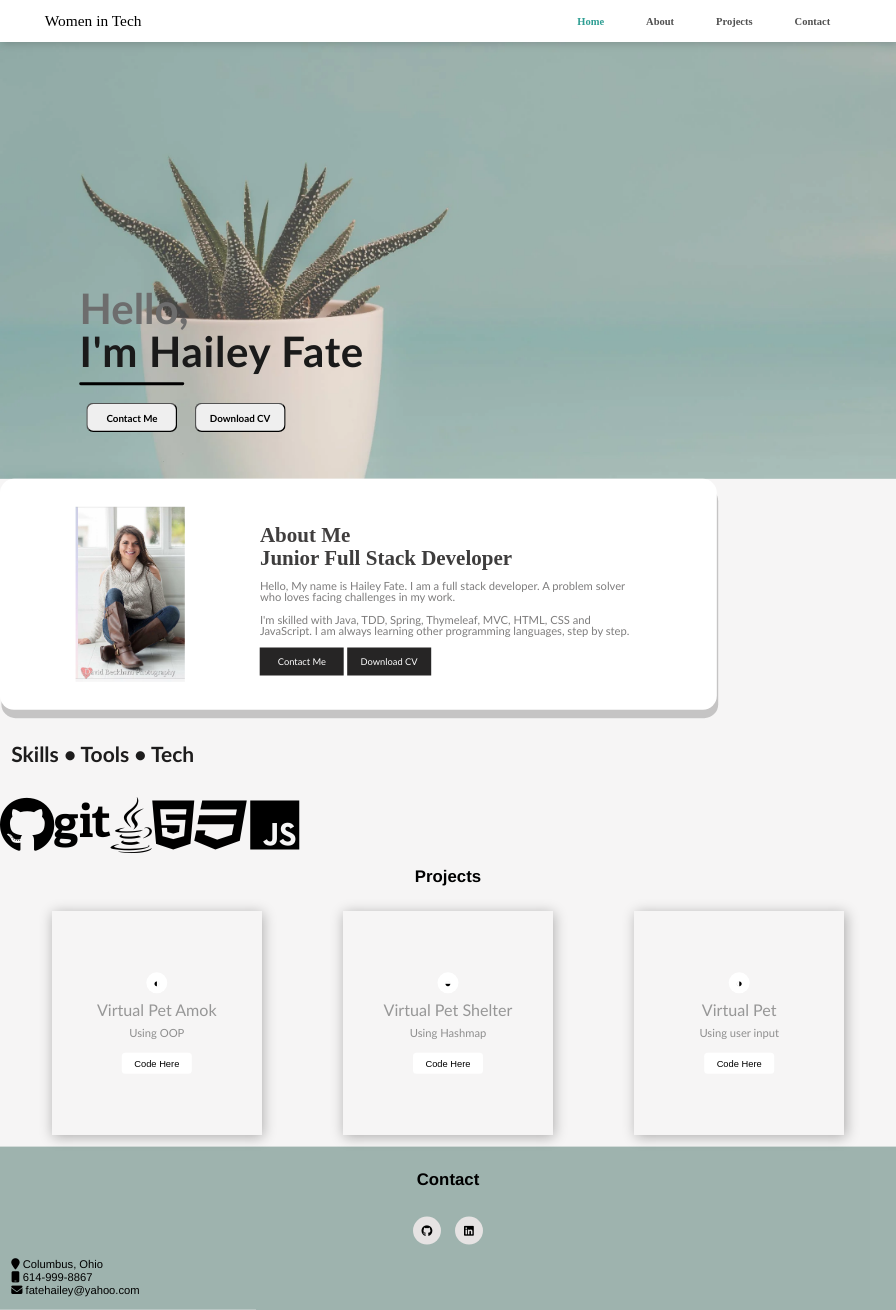
Repository: fatehailey/fatehailey.github.io
Page: index.html
An editor plug-in stored every save of this project. The page is shown before and after the next save, followed by the edit.
The browser window is 1280 px wide. The pictures show the whole page, at 70% of full size.
Some web libraries are served in a nearby version.

Above is the page before, as saved 2022-07-25 15:23:45.

### index.html
<!DOCTYPE html>
<html lang="en">

<head>
    <meta charset="UTF-8">
    <meta http-equiv="X-UA-Compatible" content="IE=edge">
    <meta name="viewport" content="width=device-width, initial-scale=1.0">
    <title>Professional Portfolio Website</title>
    <link rel="stylesheet" type="text/css" href="./style.css">
    <script src="https://kit.fontawesome.com/aba5373111.js" crossorigin="anonymous"></script>
</head>
<section>
    <!--------Navbar-->
    <nav>
        <header class="logo"> Women in Tech</header>
        <!--menu-->
        <ul>
            <li><a href="#" class="active">Home</a></li>
            <li><a href="#about">About</a></li>
            <li><a href="#projects">Projects</a></li>
            <li><a href="#contact-form">Contact</a></li>
        </ul>
    </nav>
    <!--text-->
    <div class="text-container">
        <p>Hello,</p>
        <p>I'm Hailey Fate</p>
        <p class="line"></p>
        <a href = "mailto: fatehailey@.com">
        <button id="contact-form">Contact Me</button></a>
        <a href="Resume -JAVA.pdf">
            <button>Download CV</button>
        </a>

    </div>
</section>
<div class="about-container">
    <!--img-->
    <img src="20638533_10207488042478732_6104525529025967976_n.jpg" />
    <!--about-me-text-->
    <div class="about-text">
        <p id="about">About Me</p>
        <p>Junior Full Stack Developer</p>
        <p>Hello, My name is Hailey Fate. I am a full stack developer. A problem solver who loves facing challenges in
            my work. </p>
        <p>I'm skilled with Java, TDD, Spring, Thymeleaf, MVC, HTML, CSS and JavaScript. I am always learning other
            programming languages, step by step.</p>
        <button id="contacts">Contact Me</button>
        <button onclick="Resume -JAVA.pdf">Download CV</button>
    </div>
</div>

<!--Project-->
<div class="skills">
    <!--text-->
    <div class="skills-text ">
        <p>Skills • Tools • Tech</p>
    </div>
    <div class="column">
        <i class="fa-brands fa-github"></i>
        <i class="fa-brands fa-git"></i>
        <i class="fa-brands fa-java"></i>
        <i class="fa-brands fa-html5"></i>
        <i class="fa-brands fa-css3"></i>
        <i class="fa-brands fa-js"></i>
    </div>
</div>
<h2 id="projects" style="text-align:center">Projects </h2>
<div class="box-container">
    <!--1------------->
    <div class="box-1">
        <span>◐</span>
        <p class="heading">Virtual Pet Amok</p>
        <p class="details">Using OOP</p>
        <a href="https://github.com/2022-April-Java-PT-Classroom/virtual-pet-amok-fatehailey">
            <button>Code Here</button>
        </a>
    </div>
    <!--2------------->
    <div class="box-2">
        <span>◒</span>
        <p class="heading">Virtual Pet Shelter</p>
        <p class="details">Using Hashmap</p>
        <a href="https://github.com/2022-April-Java-PT-Classroom/virtual-pet-shelter-fatehailey">
            <button>Code Here</button>
        </a>
    </div>
    <!--3------------->
    <div class="box-3">
        <span>◑</span>
        <p class="heading">Virtual Pet</p>
        <p class="details">Using user input</p>
        <a href="https://github.com/2022-April-Java-PT-Classroom/virtual-pet-fatehailey">
            <button>Code Here</button>
        </a>
    </div>
</div>
<footer>
    <div class="social-footer">
        <h2 id="contacts" style="text-align:center">Contact</h2>
        <div class="social-icons">
            <a href="https://github.com/fatehailey"><i class="fa-brands fa-github"></i></a>
            <a href="https://www.linkedin.com/in/haileyfate/"><i class="fa-brands fa-linkedin"></i></a>
        </div>
        <div class="place">
            <span class="fa-solid fa-location-pin"></span>
            <span class="text">Columbus, Ohio</span>
        <div class="phone">
            <span class="fa-solid fa-mobile"></span>
            <span class="text">614-999-8867</span>
        </div>
        <div class="email">
            <span class="fa-solid fa-envelope"></span>
            <span class="text">fatehailey@yahoo.com</span>
        </div>

    </div>
</footer>
</body>
</html>

### style.css

body{
    background-color: #f6f5f5;
    margin: 0;
    padding: 0px;
    font-family: 'Franklin Gothic Medium', 'Arial Narrow', Arial, sans-serif;
}
ul{
    list-style: none;
}
a{
    text-decoration: none;
}
section{
    width: 100%;
    height: 95vh;
    background-image: url('pexels-photo-1445416.webp');
    background-repeat: no-repeat;
    background-size: cover;
}
nav{
    display: flex;
    justify-content: space-between;
    align-items: center;
    height: 60px;
    background-color: #FFFFFF;
    box-shadow: 2px 2px 12px rgba(0,0,0,0.2);
    padding: 0px 5%;
}
nav ul{
    display: flex ;
}
nav ul li a{
    margin:30px;
    font-family: myraid pro regular;
    color:#505050;
    font-size: 15px;
    font-weight: 700;
}
.logo{
    font-family: RoadTest;
    color: #000000;
    font-size: 22px;
}
.active{
   font-weight:bold;
   color: #2e9e93;
}
.text-container p:nth-child(1){
    font-family: calibri;
    font-weight: bold;
    color: #6d6d6d;
    font-size: 60px;
    padding-bottom: 1rem;
}
.text-container p:nth-child(2){
    font-family: calibri;
    font-weight: bold;
    letter-spacing: 1px;
    color: #1a1a1a;
    font-size: 60px;
}
.text-container p:nth-child(3){
    font-family: myrid pro regular;
    color: #403e3e;
    font-size: 30px;
    line-height: 30px;
}
.text-container p{
    line-height: 0px;
    margin: 45px 0px 25px;
}
.line{
    width: 150px;
    height: 4px;
    background: #000000;
    margin: 10px auto;
    border-radius: 5px;
}
.text-container{
    position: absolute;
    left: 13%;
    top:42%;
    transform: translate(-13%, 42%);
}
.text-container button{
    width:130px;
    height: 42px;
    border-radius: 10px;
    font-family: calibri;
    font-weight: bold;
    font-size: 14px;
    outline:none;
    margin:0px 10px;
}
.abtme{
    border:2px solid #373636;
    color: #373636;
}
.down-cv{
    background-color: #0b0b0b;
    color: #FFFFFF;
    border: none;
}
button:active{
    transform:scale(1.1);
}

.about-container{
    width: 80%;
    height:330px;
    background-color: #ffffff;
    border-radius: 20px;
    box-shadow: 2px 12px rgba(0,0,0,0.2);
    display:flex;
    position: relative;
    justify-content: space-evenly;
    align-items: center;
}
.about-container img{
    height: 250px;
    margin-left: 5px;
}

.about-text{
    width: 550px;
    margin-left: 5px;;

}
.about-text p:nth-child(1){
    color: #403e3e;
    font-family: myriad pro;
    font-weight: bold;
    font-size: 30px;
    line-height: 0px;
}
.about-text p:nth-child(2){
    color: #3e3d3d;
    font-size: 30px;
    font-family: myriad pro;
    font-weight: bold;
    line-height: 5px;
}
.about-text p:nth-child(3),
.about-text p:nth-child(4){
    color: #7e7d7d;
    font-size: 20pxpx;
    font-family: calibri;
    line-height: 16px;
}
.about-text button{
    width:120px;
    height:40px;
    color: #FFFFFF;
    outline: none;
    border:none;
    font-family: calibri;
    background-color: #262525;
}
.skills-text p:nth-child(1){
	font-family: calibri;
	font-weight:bold;
	color:#1d1c1c;
	font-size:30px;
	line-height:0px;
}
.skills-text{
    padding-top: 2rem;
    padding-bottom: 2rem;
    padding-left: 1rem;;
	width: 500px;
    display: flex;
}
.column
{
    flex: 50%;
    padding-left: 1
    justify-content: space-between;
    display: flex;
    flex-flow: row wrap;
    margin-bottom: 15px;
    font-size: 5rem;
}
.column img
{
    float: left;
    width:  100px;
    height: 100px;
    object-fit: cover;
}
.box-container{
	display:flex;
	justify-content: space-around;
    padding: 1rem;
}
.box-1,.box-2,.box-3{
	width: 300px;
	height:320px;
	background-repeat: no-repeat;
	background-size: cover;
	box-shadow:2px 2px 18px rgba(0,0,0,0.3);
	align-items: center;
	justify-content: center;
	display: flex;
	flex-direction: column;
	margin: 0px 20px;
}
.box-1 span,
.box-2 span,
.box-3 span{
	width:30px;
	height:30px;
	border-radius:50%;
	background-color:#ffffff;
	display: flex;
	justify-content: center;
	align-items:center;
	font-family: calibri;
	font-weight: bold;
}
.box-1 p:nth-child(2),
.box-2 p:nth-child(2),
.box-3 p:nth-child(2){
	color:#979797;
	font-family: calibri;
	font-size: 23px;
	line-height:0px;

}
.box-1 p:nth-child(3),
.box-2 p:nth-child(3),
.box-3 p:nth-child(3){
	font-family: calibri;
	color:#8F8F8F;
	text-align:center;
	width: 230px;
	margin:0px 0px 20px 0px;

}
.box-1 button,
.box-2 button,
.box-3 button{
	width:100px;
	height:30px;
	background-color:#FFFFFF;
	border:none;
	outline: none;
	border-radius:5px;
}
footer{
    background-color: #9eb3ae;
    height: 220px;
    width: 100%;
    min-height: 5rem;
    margin: auto;
    padding-top: 1%;
}
.place{
    padding-left: 1rem;

}

.social-icons a{
    width:40px;
    height:40px;
    display: flex;
    justify-content: center;
    align-items: center;
    background-color:#e6e3e3;
    margin:20px 10px;
    border-radius:50%;
}
.social-icons{
    display: flex;
    justify-content: center;
}

.social-icons i,.social i{
    color:#000000;
}
.social-icons a:hover{
    background-color:#000000;
    box-shadow:2px 2px 12px rgba(0,0,0,0.2);
    transition:all ease 0.5s;
}
.social-icons a:hover i,
.social a:hover i{
    color:#FFFFFF;
    transition:all ease 0.5s;
}

After the next save:
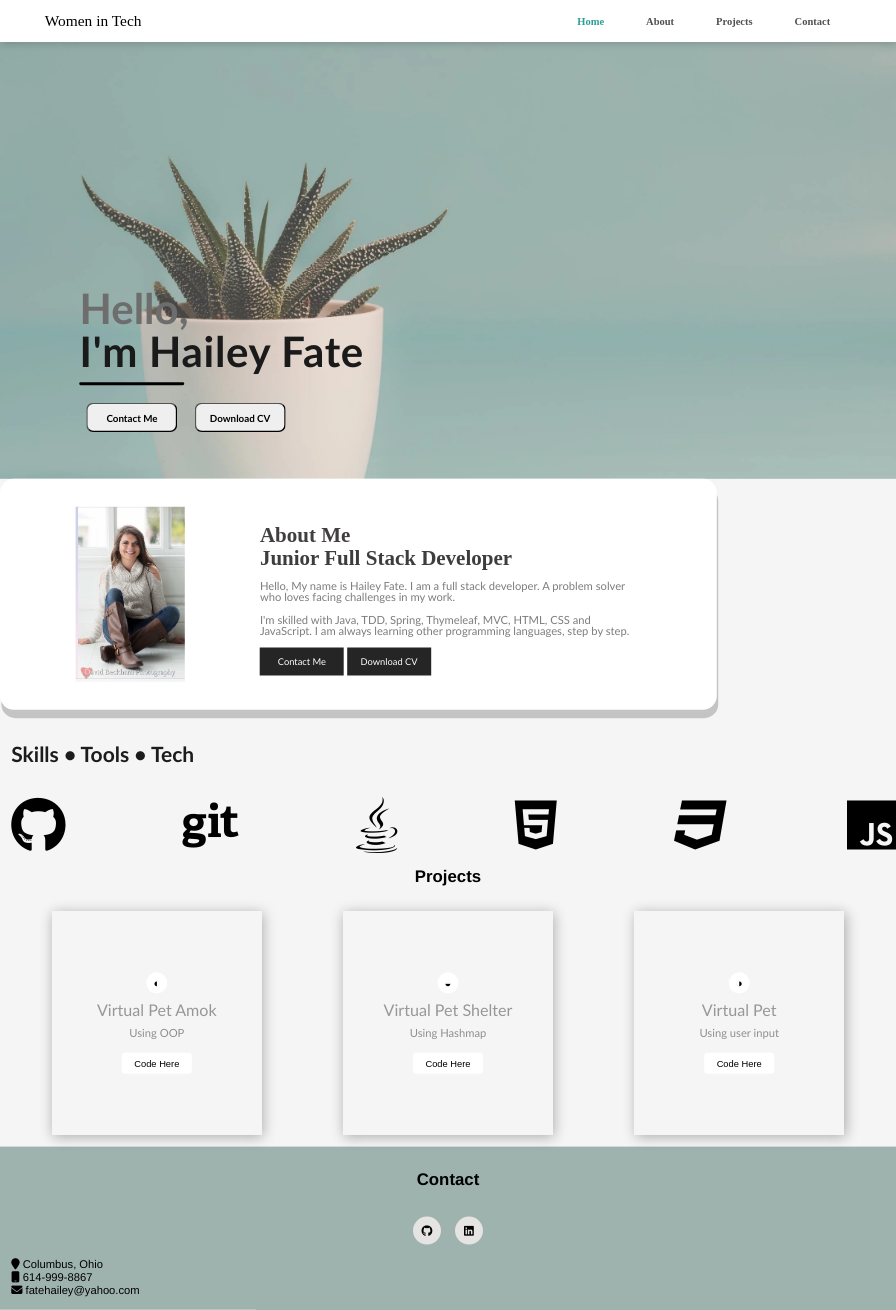
Saved 5 s later.
--- a/style.css
+++ b/style.css
@@ -174,7 +174,7 @@
 .column
 {
     flex: 50%;
-    padding-left: 1
+    padding-left: 1rem;
     justify-content: space-between;
     display: flex;
     flex-flow: row wrap;
